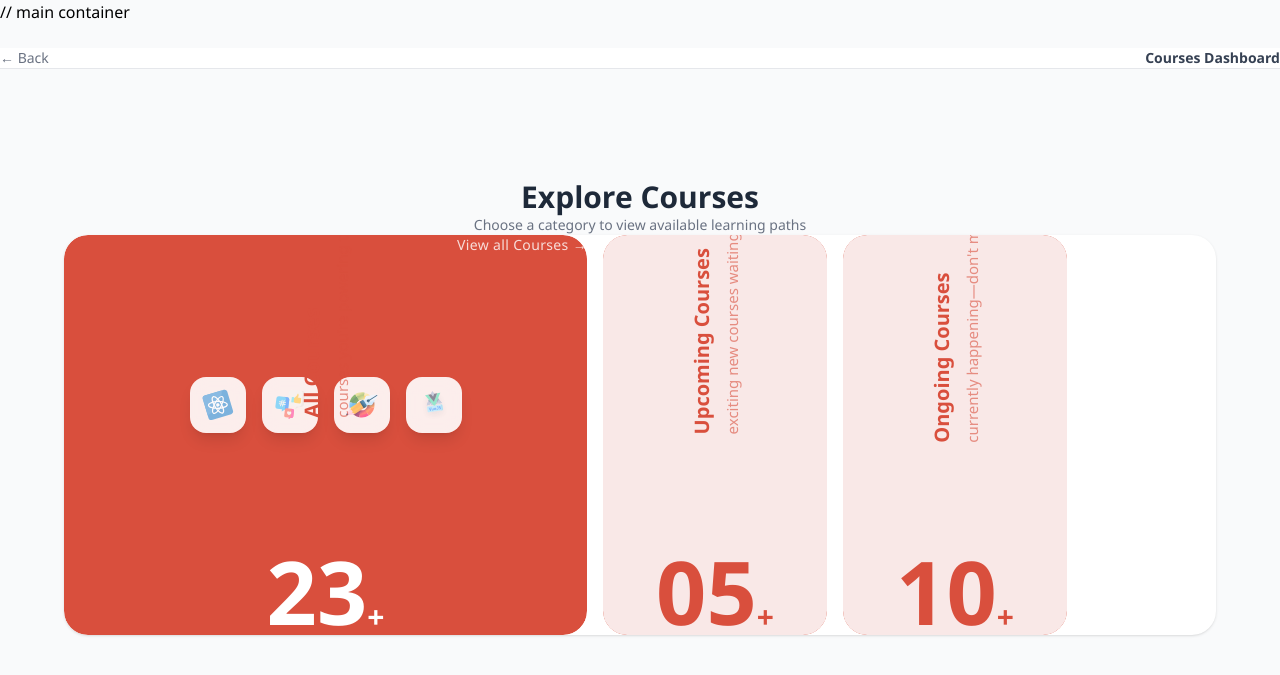
Repository: RahulRajKhadka/nextjs-dashboard-app
Page: /task2
An editor plug-in stored every save of this project. The page is shown before and after the next save, followed by the edit.
The browser window is 1280 px wide. The pictures show the whole page.
The project was rebuilt for these pictures with package versions that can differ from the ones it lists, and the page was loaded fresh each time. The framework's server and built-in components were replaced by stand-ins that run in the browser. Also part of the build but not shown: next.config.ts.

Above is the page before, as saved 2026-04-11 10:52:40.

After the next save:
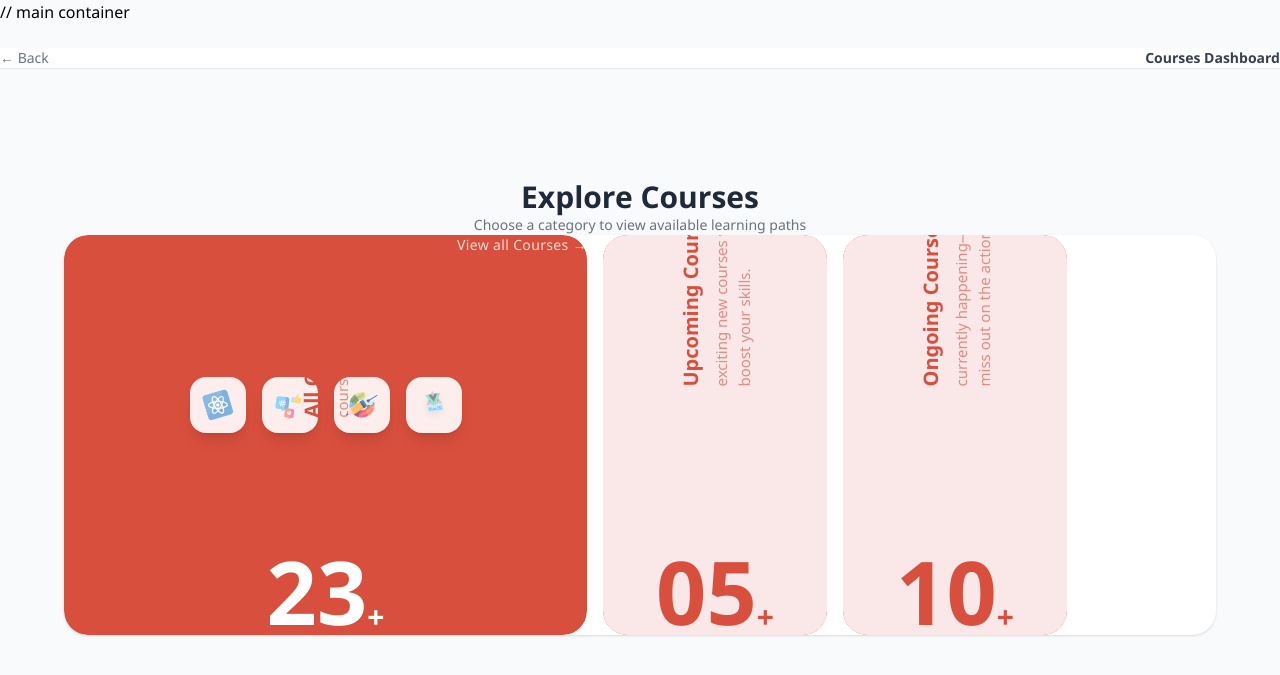
Saved 5 s later.
--- a/src/components/task2/CourseCard.tsx
+++ b/src/components/task2/CourseCard.tsx
@@ -117,7 +117,7 @@ export default function CourseCard({
           <span className="font-bold text-[20px] " style={{ color: "inherit" }}>
             {course.label}
           </span>
-          <p className="text-[15px] opacity-60 whitespace-nowrap" style={{ color: "inherit" }}>
+          <p className="text-[15px] opacity-60" style={{ color: "inherit" }}>
             {course.sublabel}
           </p>
         </div>
